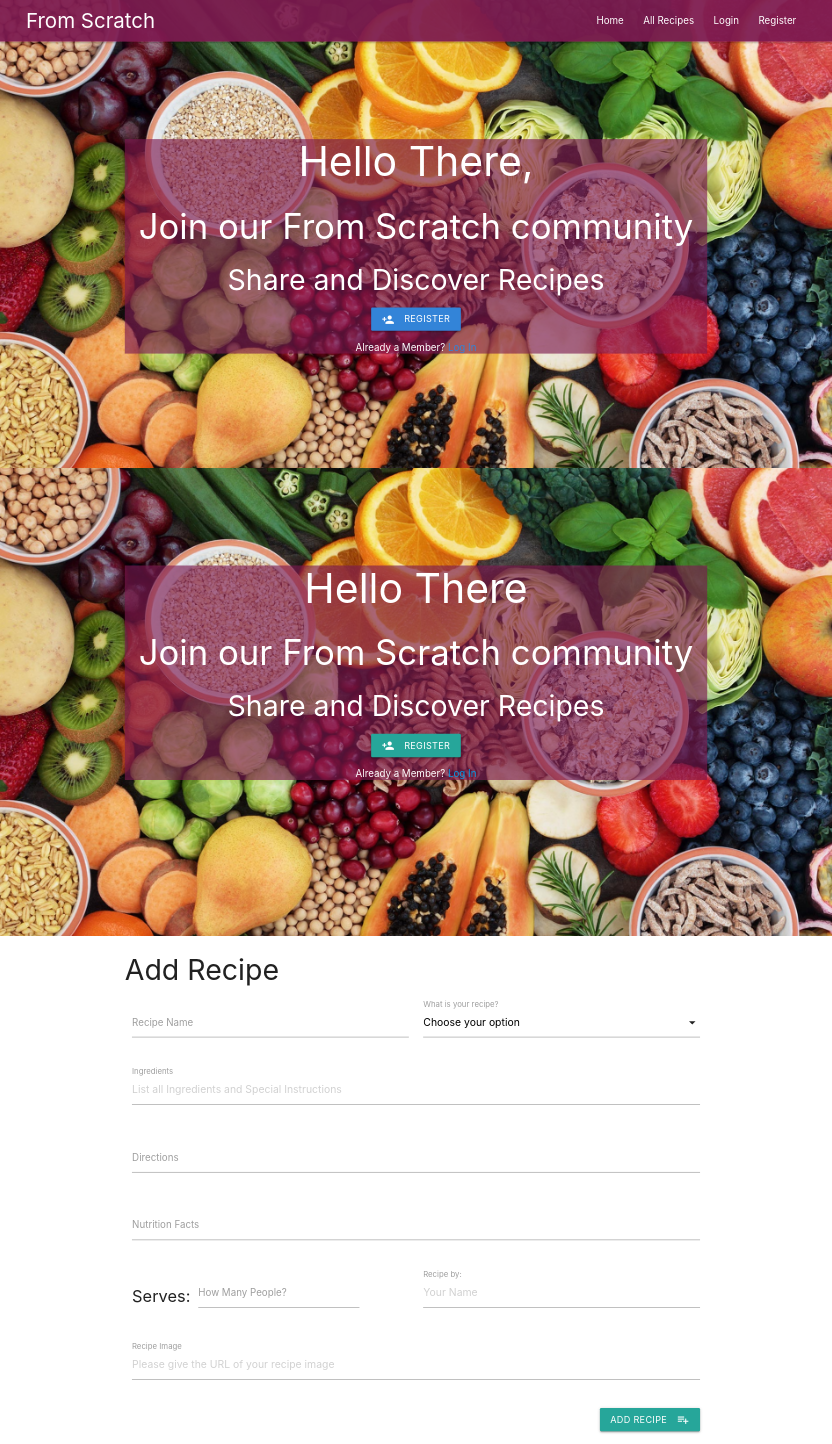
Repository: callendera/MilestoneProject3
Page: http://localhost/
The author's editor kept a record of every edit. The page is drawn from the files as they stood at one moment, then again after the next edit.
The browser window is 1280 px wide. The pictures show the whole page, at 65% of full size.
Backgrounds fixed to the window are drawn as part of the page. The page is served by the project's application, run on Flask 3 (recipe.py). Queries for data that is not in the repository find no rows.

Above is the page before.

After the next edit:
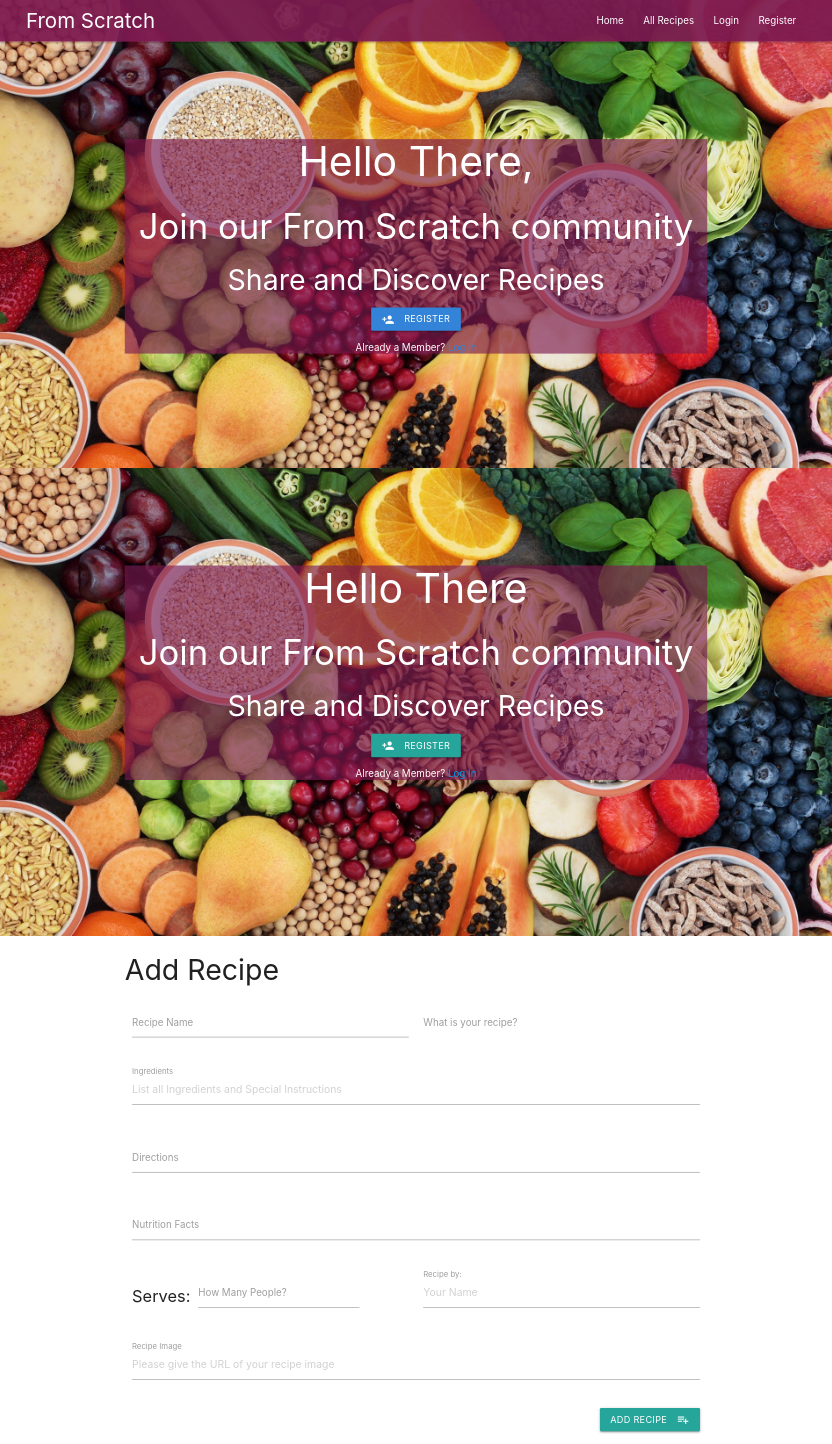
Console error: SyntaxError: Unexpected token ')'
The edit:
--- a/templates/base.html
+++ b/templates/base.html
@@ -55,6 +55,9 @@
 
     <script src="https://cdnjs.cloudflare.com/ajax/libs/jquery/3.4.1/jquery.min.js" integrity="sha256-CSXorXvZcTkaix6Yvo6HppcZGetbYMGWSFlBw8HfCJo=" crossorigin="anonymous"></script>
     <script src="https://cdnjs.cloudflare.com/ajax/libs/materialize/1.0.0/js/materialize.min.js"></script>
+
+    <script src='http://code.jquery.com/jquery-3.3.1.min.js'></script>
+    <script src='/javascripts/register.js'></script>
     <!-- Script to use Materialize functionality-->
     <script type="text/javascript">
         $(document).ready(function() {
